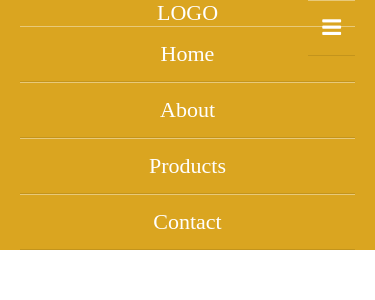
Repository: albayrakfatih/Flex-Navbar
Page: navbar-w-flexbox.html
The author's editor kept a copy of each file at every save. The page is drawn from the files as they stood at one save, then again after the next save.
The browser window is 375 px wide. The pictures show the whole page.

Above is the page before, as saved 2023-05-09 20:22:33.

After the next save:
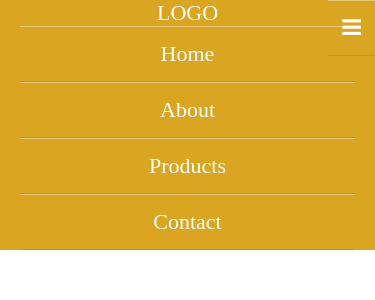
Saved 17 s later.
--- a/styles.css
+++ b/styles.css
@@ -54,7 +54,7 @@
         display: block;
         position: absolute;
         top: 0;
-        right: 20px;
+        right: 0px;
     }
 
 }
